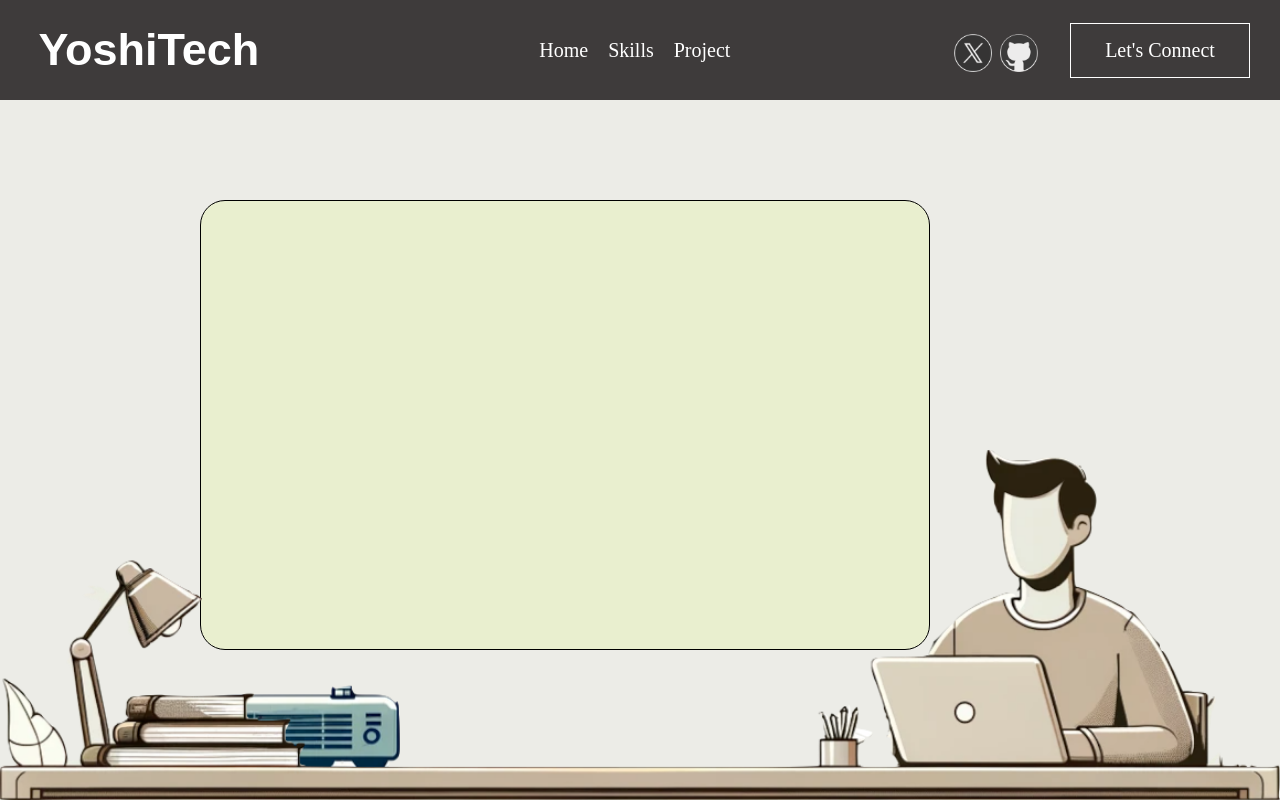
Repository: Yoshiki0418/My_Portfolio
Page: index.html
These files come from the project's save history. The page is drawn as it stood at one moment and after the next save; the edit follows.
The browser window is 1280 px wide. The pictures show the whole page.

Above is the page before, as saved 2024-01-05 21:07:16.

### index.html
<!DOCTYPE html>
<html lang="ja">
<head>
    <meta charset="UTF-8">
    <meta name="viewport" content="width=device-width, initial-scale=1.0">
    <title>Document</title>
    <link rel="stylesheet" type="text/css" href="style.css">
</head>
<body>
    <header>
        <h1 class="Logo">YoshiTech</h1>
        <div class="page_changer">
            <a class="changer_font">Home</a>
            <a class="changer_font">Skills</a>
            <a class="changer_font">Project</a>
        </div>
        <div class="sns_container">
            <a><img src="static/image/X.png" class="sns_pic"></a>
            <a><img src="static/image/GitHub.png" class="sns_pic"></a>
        </div>
        <div class="connect_container">
            <a class="connect_font">Let's Connect</a>
        </div>
    </header>
    <main>
        <section class="hero_section">
            <div class="monitor_container">
                <div class="circle_container">
                    <div class="circle"></div>
                    <div class="circle"></div>
                    <div class="circle"></div>
                </div>
            </div>
            <img class="background_sub" src="static/image/2.png">
            <img class="background" src="static/image/1.jpeg">
        </section>
    </main>

</body>
</html>

### style.css
*{
    margin: 0;
    padding: 0;
    box-sizing: border-box; /* サイズ計算をより予測しやすくするためのプロパティ */
}

header {
	display: flex;					/*flexボックスを使う指定*/
	align-items: center;			/*垂直揃えの指定。天地中央に配置されるように。*/
    width: 100%;
    height: 100px;
	background-color: #3E3B3B;
    position: relative;
}

.Logo{
    margin-left: 3%;
    color: white;
    font-family: 'Comic Sans MS', 'Arial Rounded MT Bold', sans-serif;
    font-size: 45px;
}

.page_changer{
    display: flex;
	align-items: center;
    padding: 20px;
    margin-left: 250px;
    margin-right: 250px;
}

.changer_font{
    color: white;
    margin: 10px;
    font-size: 20px;
}

.connect_font{
    color: white;
    font-size: 20px;
}

.connect_container{
    position: absolute;
    right: 30px;
    width: 180px;
    height: 55px;
    border: 1px solid white;
    display: flex;
    align-items: center;
    justify-content: center;
}

.sns_pic{
    width: 38px;
    height: auto;
    margin: 2px;
}

.sns_container{
    margin-top: 10px;
    position: absolute;
    right: 240px;
}

.hero_section{
    background-color: #ECECE7;
    width: 100%;
    height: 700px;
    position: relative;
}

.monitor_container{
    background-color: #E9EFCF;
    width: 730px;
    height: 450px;
    margin-left: 200px;
    border: 1px solid rgb(0, 0, 0);
    position: absolute;
    top: 100px;
    border-radius: 25px;
}

.background{
    position: absolute;
    bottom: 0px;
    width: 100%;
    height: auto;
}

.background_sub{
    position: absolute;
    bottom: 30px;
    left: 200px;
    width: 200px;
    height: auto;
}

After the next save:
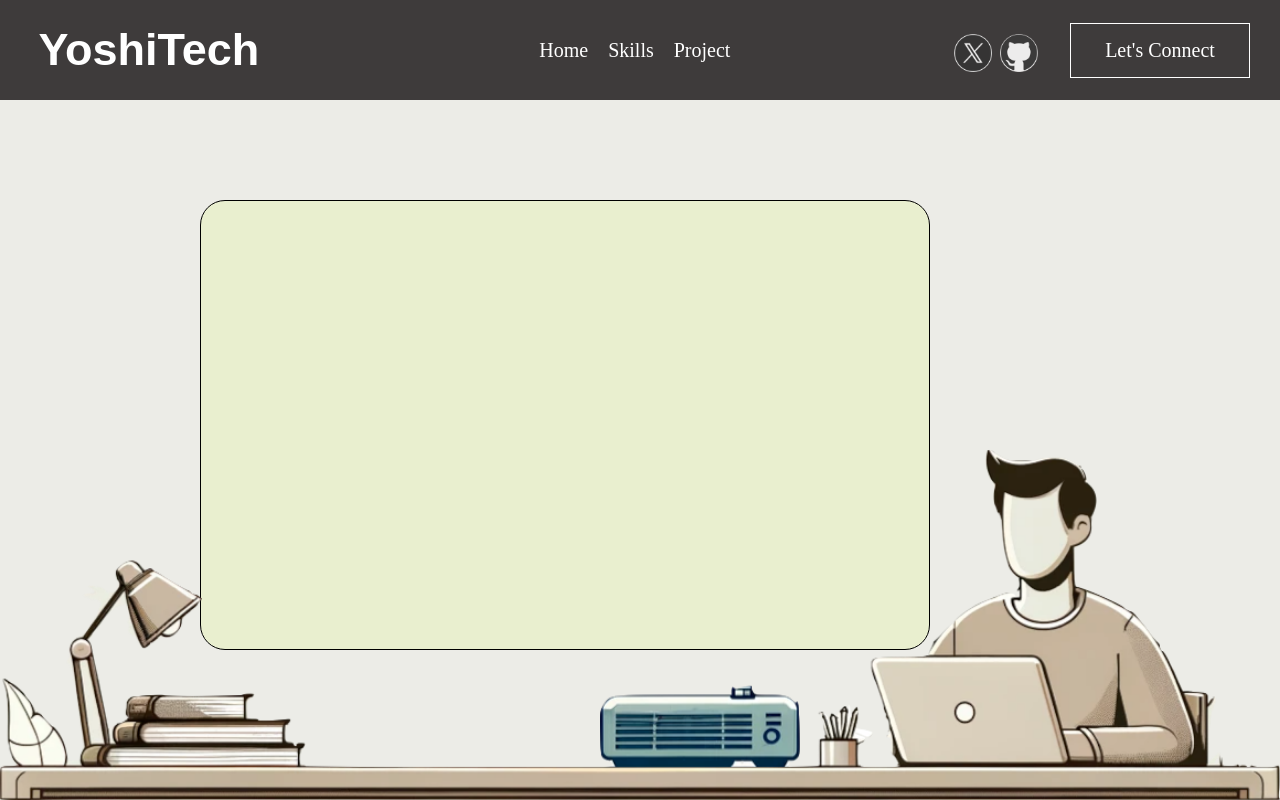
Saved 5 s later.
--- a/style.css
+++ b/style.css
@@ -90,7 +90,7 @@
 .background_sub{
     position: absolute;
     bottom: 30px;
-    left: 200px;
+    left: 600px;
     width: 200px;
     height: auto;
 }
